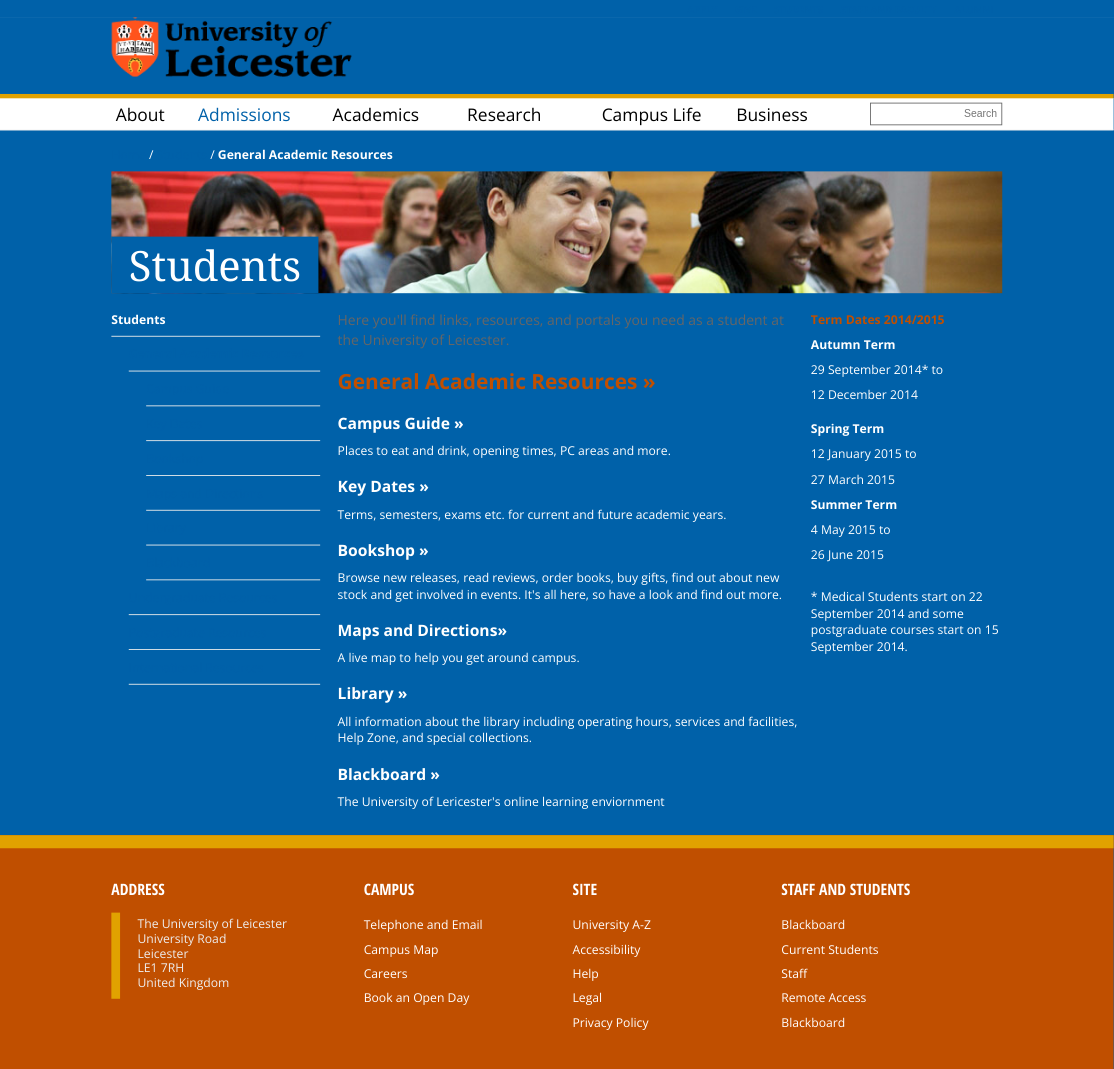
Repository: vqdo/leicester-redesign
Page: students.html
The author's editor kept a record of every edit. The page is drawn from the files as they stood at one moment, then again after the next edit.
The browser window is 1280 px wide. The pictures show the whole page, at 87% of full size.
Some web libraries are served in a nearby version.

Above is the page before.

### students.html
<!DOCTYPE html>

<html>
    <head>
        <meta charset="utf-8">
        <meta name="viewport" content="width=device-width,initial-scale=1.0">
        <title>University of Leicester</title>
        <link href='https://fonts.googleapis.com/css?family=Lora:300%7COpen+Sans+Condensed:700%7COpen+Sans:300,700' rel='stylesheet' type='text/css'>
        <link rel="stylesheet" type="text/css" href="css/master.css">
        <link rel="stylesheet" type="text/css" href="css/users.css">

        <!-- Scripts -->
        <script src="https://code.jquery.com/jquery-1.11.0.min.js"></script>
        <script src="https://code.jquery.com/ui/1.11.2/jquery-ui.min.js"></script>
    </head>
     <body>
        <header>
            <div class="logo-wrapper container">
                <a href="/"><h1 class="logo"><span>University of Leicester</span></h1></a>
            </div>

            <nav class="main-nav">
                <div class="main-nav-titles cf">
                    <div class="container">
                    <ul class="fl">
                        <li class="about-title"><a href="/">About</a></li>
                        <li><a class="active" href="/">Admissions</a></li>
                        <li><a href="/">Academics</a></li>
                        <li><a href="/">Research</a></li>
                        <li><a href="/">Campus Life</a></li>
                        <li><a href="/">Business</a></li>
                    </ul>
                    <!--<input class="searchbox-submit fr" type="submit" value="Go" />                    -->
                    <input class="searchbox fr" type="text" placeholder="Search" />
                    </div>
                </div>

                <div class="main-nav-dropdown">
                    <div class="container">
                        <div class="dropdown about-links">
                            <ul>
                                <li><a href="/">Facts</a></li>
                                <li><a href="/">Visit Us</a></li>
                            </ul>
                        </div>
                        <div class="dropdown admissions-links">
                            <ul>
                                <li><a href="/" color=blue>Undergraduate</a></li>
                                <li><a href="/">Masters</a></li>
                                <li><a href="/">PhD and Doctorate</a></li>
                                <li><a href="/">Distance Learning</a></li>
                                <li><a href="genresources.html">Tuition and Fees</a></li>
                                <li><a href="http://www2.le.ac.uk/study/open-days">Open Day Visits</a></li>
                            </ul>
                        </div>
                        <div class="dropdown academics-links">
                            <ul>
                                <li><a href="http://www2.le.ac.uk/study/ugp">Undergraduate Courses</a></li>
                                <li><a href="http://www2.le.ac.uk/study/postgrad">Postgraduate Courses</a></li>
                                <li><a href="http://www2.le.ac.uk/study/research">Research Degrees</a></li>
                                <li><a href="http://www.le.ac.uk/library">Library</a></li>

                            </ul>
                        </div>
                        <div class="dropdown research-links">
                            <ul>
                                <li><a href="http://www2.le.ac.uk/research/challenges">Global Challenges</a></li>
                                <li><a href="http://www2.le.ac.uk/research/with">Prospective Students</a></li>
                                <li><a href="http://www2.le.ac.uk/research/departmental">Departmental Research</a></li>
                                <li><a href="http://www2.le.ac.uk/research/current-research">Current Research</a></li>
                            </ul>
                        </div>
                        <div class="dropdown campuslife-links">
                            <ul>
                                <li><a href="/">Athletics & Orgs</a></li>
                                <li><a href="/">Dining & Housing</a></li>
                                <li><a href="/">Community</a></li>
                            </ul>
                        </div>
                         <div class="dropdown business-links">
                            <ul>
                                <li><a href="/">Leicester’s Expertise</a></li>
                                <li><a href="/">Consultancy and technical facilities</a></li>
                                <li><a href="/">Business collaborations</a></li>
                                <li><a href="/">Technology Transfer</a></li>
                                <li><a href="/">CPD: professional development and training</a></li>
                            </ul>
                        </div>
                    </div>
                </div>
            </nav>

            <nav class="user-type-nav">
                <ul class="container">
                    <!-- Put links in reverse order -->
                    <li class="link"><a href="/">Alumni</a></li>
                    <li class="link"><a href="/">Staff and Faculty</a></li>
                    <li class="link"><a href="genresources.html">Students</a></li>
                    <li class="link"><a href="/">Give</a></li>
                    <li class="link"><a href="/">Apply</a></li>
                </ul>
            </nav>
        </header>


        <!-- BEGIN CONTENT -->

        <div id="students" class="page-content">
            <div class="container cf">
                <div class="breadcrumbs"><a href="/">Home</a> / <a href="/">Students</a> / <strong>General Academic Resources</strong> </div>
                <h1><span class="page-title">Students</span></h1>
                <nav class="page-navigation">
                    <ul>
                        <li>
                            <h2 class="page-root-link"><a href="/">Students</a></h2>
                            <ul>
                                <li><a class="active" href="genresources.html">General Academic Resources</a></li>
                                    <ul>
                                        <li><a href="/">Campus Guide</a></li>
                                        <li><a href="/">Key Dates</a></li>
                                        <li><a href="/">Bookshop</a></li>
                                        <li><a href="/">Maps and Directions</a></li>
                                        <li><a href="/">Library</a></li>
                                        <li><a href="/">Blackboard</a></li>

                                    </ul>
                                <li><a href="ugresources.html">Undergraduate Resources</a></li>
                                <li><a href="pgresources.html">Postgraduate Resources</a></li>
                                <li><a href="/">International Resources</a></li>

                            </ul>
                        </li>
                    </ul>
                </nav>
                <div class="page-body">
                    <p class="intro">Here you'll find links, resources, and portals you need as a student at the University of Leicester.</p>
                    <h2><a href="students.html">General Academic Resources &raquo;</a></h2>
                    <h3><a href="/">Campus Guide &raquo;</a></h3>
                    <p>Places to eat and drink, opening times, PC areas and more.</p>

                    <h3><a href="/">Key Dates &raquo;</a></h3>
                        <p>Terms, semesters, exams etc. for current and future academic years.</p>

                    <h3><a href="/">Bookshop &raquo;</a></h3>
                        <p>Browse new releases, read reviews, order books, buy gifts, find out about new stock and get involved in events. It's all here, so have a look and find out more.</p>

                    <h3><a href="http://www.le.ac.uk/maps/">Maps and Directions&raquo;</a></h3>
                    <p>A live map to help you get around campus.</p>

                    <h3><a href="/">Library &raquo;</a></h3>

                    <p>All information about the library including operating hours, services and facilities, Help Zone, and special collections.</p>

                    <h3><a href="/">Blackboard &raquo;</a></h3>
                    <p>The University of Lericester's online learning enviornment</p>

                </div>
                <div class="page-sideinfo">
                    <div class="module">
                        <h2>Term Dates 2014/2015</h2>
                        <p><strong>Autumn Term</strong></p>
                        <p>29 September 2014* to
                        <p>12 December 2014</p></p>

                        <p><strong>Spring Term</strong></p>
                        <p>12 January 2015 to</p>
                        <p>27 March 2015</p>

                        <p><strong>Summer Term</strong></p>
                        <p>4 May 2015 to</p>
                        <p>26 June 2015</p>

                        <br><p>* Medical Students start on 22 September 2014 and some postgraduate courses start on 15 September 2014.</p>
                    </div>
                </div>
            </div>
        </div>

        <footer class="cf">
            <div class="container">
                <section class="footer-section large">
                    <h2>Address</h2>
                        <address>

                            The University of Leicester<br>
                            University Road<br>
                            Leicester<br>
                            LE1 7RH<br>
                            United Kingdom<br>
                        </address>
                </section>
                <section class="footer-section">
                    <h2>Campus</h2>
                    <ul>
                        <li><a href="http://www2.le.ac.uk/contact">Telephone and Email</a></li>
                        <li><a href="http://www2.le.ac.uk/maps">Campus Map</a></li>
                        <li><a href="http://www.le.ac.uk/help/access">Careers</a></li>
                        <li><a href="http://www2.le.ac.uk/study/open-days">Book an Open Day</a></li>
                    </ul>
                </section>
                <section class="footer-section">
                    <h2>Site</h2>
                    <ul>
                        <li><a href="http://www2.le.ac.uk/indexes">University A-Z</a></li>
                        <li><a href="http://www.le.ac.uk/help/access">Accessibility</a></li>
                        <li><a href="http://www.le.ac.uk/help">Help</a></li>
                        <li><a href="http://www.le.ac.uk/legal">Legal</a></li>
                        <li><a href="http://www.le.ac.uk/legal/privacy-policy">Privacy Policy</a></li>
                    </ul>
                </section>
                <section class="footer-section">
                    <h2>Staff and Students</h2>
                    <ul>
                        <li><a href="/">Blackboard</a></li>
                        <li><a href="/">Current Students</a></li>
                        <li><a href="/">Staff</a></li>
                        <li><a href="/">Remote Access</a></li>
                        <li><a href="/">Blackboard</a></li>
                    </ul>
                </section>
            </div>
        </footer>

        <script src="js/master.js"></script>
    </body>
</html>

### css/users.css
/************************************************************
 * Master css file for the University of Leicester redesign.
 * COGS 187A - Fall 2014
 * Victoria Do, Nancy Acosta, Tanya Zhang
 ************************************************************/

/**
 * CSS reset
 */
/* http://meyerweb.com/eric/tools/css/reset/
   v2.0 | 20110126
   License: none (public domain)
*/

html, body, div, span, applet, object, iframe,
h1, h2, h3, h4, h5, h6, p, blockquote, pre,
a, abbr, acronym, address, big, cite, code,
del, dfn, em, img, ins, kbd, q, s, samp,
small, strike, strong, sub, sup, tt, var,
b, u, i, center,
dl, dt, dd, ol, ul, li,
fieldset, form, label, legend,
table, caption, tbody, tfoot, thead, tr, th, td,
article, aside, canvas, details, embed,
figure, figcaption, footer, header, hgroup,
menu, nav, output, ruby, section, summary,
time, mark, audio, video {
	margin: 0;
	padding: 0;
	border: 0;
	font-size: 100%;
	font: inherit;
	vertical-align: baseline;
}
/* HTML5 display-role reset for older browsers */
article, aside, details, figcaption, figure,
footer, header, hgroup, menu, nav, section {
	display: block;
}
body {
	line-height: 1;
	font: 14px "Open Sans", Arial, sans-serif;

}
ol, ul {
	list-style: none;
}
strong {
    font-weight: bold;
}
blockquote, q {
	quotes: none;
}
blockquote:before, blockquote:after,
q:before, q:after {
	content: '';
	content: none;
}
table {
	border-collapse: collapse;
	border-spacing: 0;
}

/*********************** END RESET *************************/

/**
 * Inline / Text
 */

a {
    color:  #0061A9;
    text-decoration: none;
}
a:hover {
    text-decoration: underline;
}

/**
 * Structural / Block
 */
body {
    background: #0061A9;
    color: #FFF;
}
header {
    margin: 0 0 60px 0;
}
.container {
    width: 100%;
    max-width: 1024px;
    margin: 0 auto;

}
.logo-wrapper {
    padding: 20px 0;
}
.logo {
    background: url('../img/logo-sprite.png');
    background-position: 0 205px;
    width: 276px;
    height: 68px;
}
.logo span {
    opacity: 0;
}

/**
 * Main Navigation
 */
 .searchbox {
     border: 1px solid #666;
     color: #666;
     padding: 2px 5px;
     width: 140px;
     height: 20px;
     font: normal 12px Arial, sans-serif;
     margin-top: 5px;
     text-align: right;
 }
 /*.searchbox-submit {*/
 /*    background: transparent;*/
 /*    color: #f6a04d;*/
 /*    border: 0;*/
 /*    font: bold 14px Arial, sans-serif;*/
 /*    line-height: 30px;*/
 /*}*/

.main-nav li, .user-type-nav li {
     display: inline-block;

 }
.main-nav {
    width: 100%;
    z-index: 10;
    position: absolute;
}
.main-nav-titles {
    background: #FFF /* #0061A9*/;
    background-clip: padding-box;
    border-top: 5px solid #E1A200;
    border-bottom: 1px solid #eee;
}
.main-nav-titles li {
    border-right: 1px solid rgba(255, 255, 255, 0.2);
    color: #FFF;
    /*font: normal 24px Lora, serif;*/
    height: 36px;
    text-align: left;
    width: 145px;
    padding: 0 0 0 5px;
    /*text-shadow: 0 0 1px rgba(0, 0, 0, 0.5);*/
}
.main-nav-titles a {
    color: #000;
    font-family: "Open Sans", Arial, sans-serif;
    font-size: 20px;
    line-height: 38px;
}
.main-nav-titles .active {
    color:  #0061A9;
}
.main-nav.expanded {
    margin: 0;
}
.main-nav.expanded .main-nav-titles {
    border-top: 5px #E1A200 solid;
    background: #FFF !important;
   /* border-bottom: 1px solid #CCC;*/
}
.main-nav.expanded .main-nav-titles a {
    color: #000 /*#f9423a*/ !important;
    text-shadow: none;
}
.main-nav.expanded .main-nav-titles li {
    border-right: 1px solid #eee;
}
.main-nav li:hover {
    /* TODO: main nav hover effect */
    text-decoration: underline;
}
/* adjust About column width */
.main-nav-titles .about-title {
    width: 85px;
    text-align: left;
}

/** Main navigation dropdown **/
.main-nav-dropdown {
    background: rgba(255, 255, 255, 0.9);
    box-shadow: 0 1px 2px rgba(0, 0, 0, 0.2);
    color: #333;
    display: none;
    height: 180px;
    width: 100%;
    overflow: hidden;
}
.main-nav-dropdown .container {
    height: 100%;
}
.main-nav-dropdown .dropdown {
    height: 100%;
    float: left;
    width: 134px;
    padding: 10px 10px;
}
.dropdown {
    border-right: 1px dotted #DDD;
    display: block;
    height: 100%;
}
.dropdown:last-child, .main-nav-titles li:last-child {
    border: none !important;

}
.main-nav-dropdown li {
    display: block;
    padding: 4px 0;
}
.main-nav-dropdown .about-links {
    width: 80px;
    padding: 10px 5px;
}
.main-nav-dropdown a {
    display: block;
    font: normal 12px Arial, sans-serif;
    width: 100%;
}

/*************************
 * User type navigation
 *************************/
.user-type-nav {
    position: absolute;
        top: 0;
    width: 100%;
    box-shadow: 0 0 1px rgba(255, 255, 255, 0.3);
}
.user-type-nav li {
    float: right;
    padding-right: 10px;
}
.user-type-nav li:first-child {
    padding-right: 0;
}
.user-type-nav li:hover {
    text-decoration: overline, underline;
}
.user-type-nav a {
    /*color: #FFF;*/
    text-transform: uppercase;
    font-size:11px;
    font-weight:bold;
    padding-right: 10px;


}
/*************************
 * Footer
 *************************/
 footer {
     background: #C04F00;
     border-top: 15px solid #e1a200;
     color: #FFF;
     padding: 20px 0 40px 0;
 }
 footer a {
     color: #FFF;
 }
 footer a:hover {
     text-decoration: underline;
 }
 footer address {
     border-left: 10px solid  #e1a200;
     font-size: 14px;
     line-height: 1.2;
     color: #EEE;
     padding: 5px 0 10px 20px;
     /*margin: 0 10px 20px 10px;*/
 }

 footer .address:hover {
     text-decoration: none;
 }
 footer section {
     color: #C04F00;
     font: 14px "Open Sans", Arial, sans-serif;
     float: left;
     line-height: 2;
     margin: 0 40px 0 0;
     width: 200px;
 }
 footer section.large {
     width: 250px;
 }
 footer h2 {
     /*border-bottom: 1px solid #004578;     */
     color: #FFF;
     font: 18px "Open Sans Condensed", Arial, sans-serif;
     padding: 5px 0;
     margin: 10px 0;
     text-transform: uppercase;
 }

/**
* Info page styles */
.breadcrumbs {
  /*margin: 10px 0;*/
}
.page-content {
    padding: 0 0 20px 0;
}
.page-content h1 {
  color: #FFF;
  font: normal 48px Lora, Georgia, sans-serif;
  width: 100%;
  height: 140px;
  margin: 10px 0;
  position: relative;
}
.page-title {
  background: #0061A9;
  padding: 0 20px;
  position: absolute;
      bottom: 0;
}
/***********************************
 * Side pages
 ***********************************/
.page-content p {
    padding: 0 0 10px 0;
}

/* Page Navigation */
.page-root-link a {
    color: #FFF;
    font-weight: bold;
}
.page-navigation {
  float: left;
  width: 240px;
  padding-right: 20px;
}
.page-navigation ul {
    padding: 0 0 0 20px;
}
.page-navigation ul:first-child {
    padding: 0;
}
.page-navigation li a {
    display: block;
    padding: 10px 0;
    border-bottom: 1px solid #EEE;
}
.page-navigation li a:hover {
    color: #C04F00;
}
.page-navigation a.active {
    font-weight: bold;
}

.page-navigation a:hover, p a:hover {
    text-decoration: underline;
}
/** Page body styles **/

.page-body {
  float: left;
  width: 530px;
}
.page-body h2, .page-body h3 {
    padding: 10px 0;
}
.page-body h2 {
    font: bold 24px "Open Sans", Arial, sans-serif;
}
.page-body h3 {
    font: bold 18px "Open Sans", Arial, sans-serif;

}
.page-body h2 a, .page-body h2 {
    color: #C04F00;
}
.page-body h3 a, .page-body h3 {
    color: #fFF;
}
.page-body .intro {
    padding-top: 10px;
    color: #666;
    font-size: 16px;
}

/**
 * Right sidebar information */

.page-sideinfo {
  float: right;
  width: 220px;
}
.page-sideinfo .module h2 {
    color: #C04F00;
    font-weight: bold;
    padding: 10px 0;
}

a.box-link {
     border: 1px solid #0061A9;
     color: #0061A9;
     font: normal 16px "Open Sans", Arial, sans-serif;
     display: inline-block;
     padding: 15px;
     margin: 10px;
}
.box-link:hover {
    background: #0061A9;
    color: #FFF;
    text-decoration: none ;
}
#tuition-and-aid h1, #tuition-and-aid-international h1 {
  background: url('../img/studentmag_finance.jpg');
  background-size: cover;
}
#tuition-and-aid-international td {
    padding: 10px;
}
#tuition-and-aid-international td:first-child {
    width: 150px;
}

#students h1{
  background: url('../img/students2.jpg');
  background-size: cover;
}
#pgstudents h1{
  background: url('../img/pgstudents.jpg');
  background-size: cover;
}



/**
 * Utility
 */
.fr {
    float: right;
}
.fl {
    float: left;
}
/**
 * For modern browsers
 * 1. The space content is one way to avoid an Opera bug when the
 *    contenteditable attribute is included anywhere else in the document.
 *    Otherwise it causes space to appear at the top and bottom of elements
 *    that are clearfixed.
 * 2. The use of `table` rather than `block` is only necessary if using
 *    `:before` to contain the top-margins of child elements.
 */
.cf:before,
.cf:after {
    content: " "; /* 1 */
    display: table; /* 2 */
}

.cf:after {
    clear: both;
}

/**
 * For IE 6/7 only
 * Include this rule to trigger hasLayout and contain floats.
 */
.cf {
    *zoom: 1;
}

Loaded but not shown: js/master.js (55 lines, source omitted); css/master.css (479 lines, source omitted)

After the next edit:
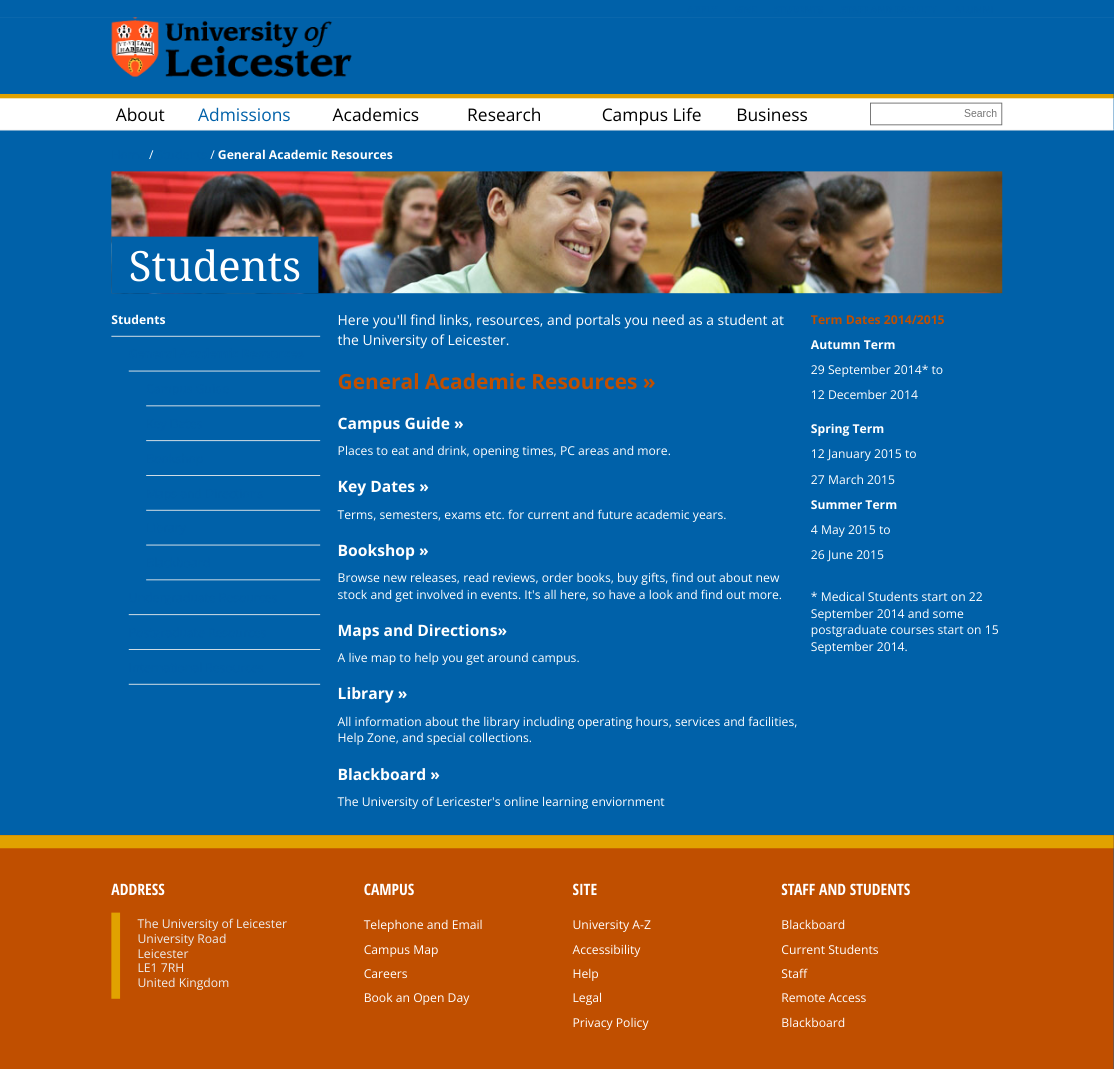
The edit:
--- a/css/users.css
+++ b/css/users.css
@@ -385,7 +385,7 @@
 }
 .page-body .intro {
     padding-top: 10px;
-    color: #666;
+    color: #FFF;
     font-size: 16px;
 }
 
